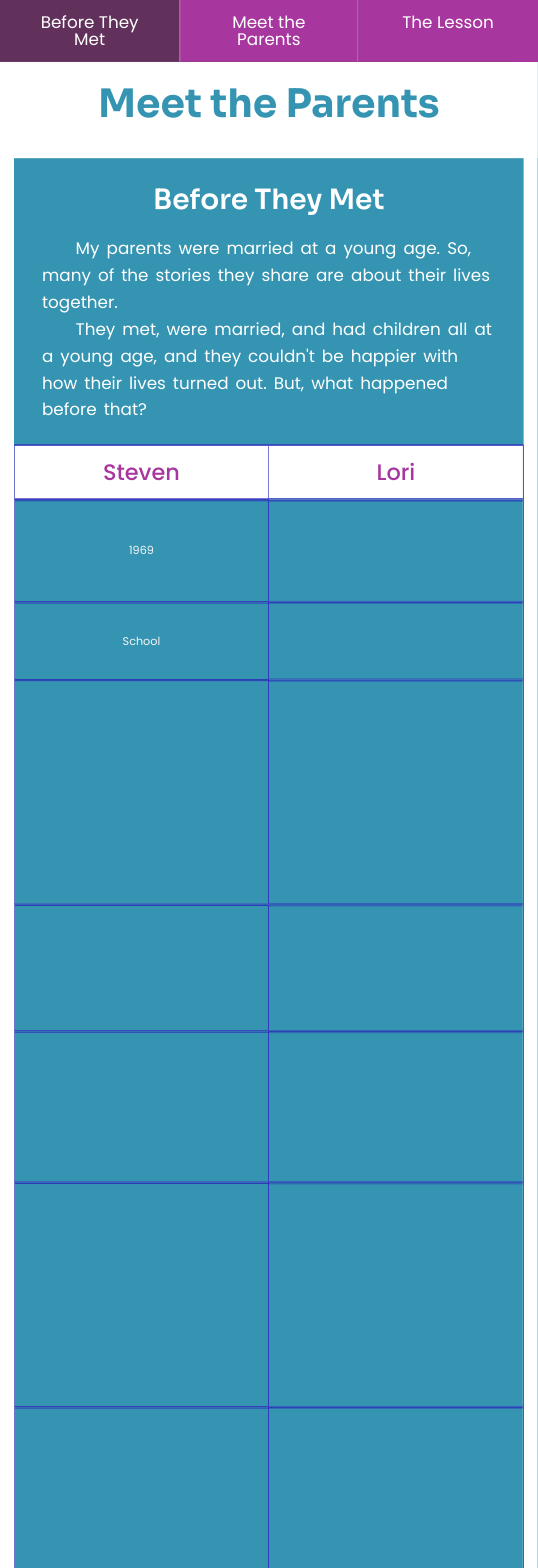
Repository: Sbethm/parents-tribute
Page: timeline.html
An editor plug-in stored every save of this project. The page is shown before and after the next save, followed by the edit.
The browser window is 768 px wide. The pictures show the part of the page from y = 0 to 2240 px (the page is 3957 px tall before and 3967 px after), at 70% of full size.

Above is the page before, as saved 2021-02-24 14:20:40.

### timeline.html
<!DOCTYPE html>
<html>
    <head>
      <meta charset="UTF-8">
      <title>Before They Met</title>
      <meta name="description" content="A choose your own story adventure game">
      <meta name="viewport" content="width=device-width, initial-scale=1.0">
      <link rel="preconnect" href="https://fonts.gstatic.com">
      <link href="https://fonts.googleapis.com/css2?family=Poppins:ital,wght@0,400;0,500;0,600;0,700;0,800;0,900;1,400;1,500;1,600;1,700;1,800;1,900&family=Sora:wght@400;500;600;700;800&display=swap" rel="stylesheet"> <!--
        This is used for headings:
        font-family: 'Sora', sans-serif;
        This is used for content:
        font-family: 'Poppins', sans-serif;-->
      <link href="style.css" type="text/css" rel="stylesheet">
    </head>

    <body>
      <header>
        <h1>Meet the Parents</h1>
        <nav class="navigation">
          <a href="timeline.html">Before They Met</a>
          <a class= "a--border" href="index.html">Meet the Parents</a>
          <a href="lesson.html">The Lesson</a>
        </nav>
      </header>
      <main>
        <h2>Before They Met</h2>
        <p class="p--first">My parents were married at a young age. So, many of the stories they share are about their lives together.</p>
        <p class="p--last">They met, were married, and had children all at a young age, and they couldn't be happier with how their lives turned out. But, what happened before that?</p>
        <div class="grid--timeline">
            <div class="grid__box--timeline dad">Steven</div>
            <div class="grid__box--timeline mom">Lori</div>
            <!---------Dad's Grid Boxes---------->
            <div class="grid__box--timeline f-1">Born in 1969. The same year that man  first stepped on the moon.</div>
            <div class="grid__box--timeline f-2">Steven attended a small Catholic school.</div>
            <div class="grid__box--timeline f-3">During recess in the 4th grade, he gashed his elbow while playing a rough-and-tumble game of football. This resulted in four stitches (for a nine year old that’s a lot of stitches!)</div>
            <div class="grid__box--timeline f-4">When he was thirteen, he camped in the backyard and stayed up all night.</div>
            <div class="grid__box--timeline f-5">He ran his first high school track meet, the 100 yard dash, and won third place. For the first track meet, that's not too shabby!</div>
            <div class="grid__box--timeline f-6">He was in a car accident, "not his fault", which lead to more stitches but this time in his forehead. Because of this, he had to sit out his senior year homecoming football game.</div>
            <div class="grid__box--timeline f-7">Having the lead role as Jesus during my high school senior year. It was the first annual Easter Passion play the school performed.</div>
            <div class="grid__box--timeline f-8">I remember a dream I had where I met a beautiful girl, at a homecoming dance, who I eventually married and we had two terrific kids who eventually married and gave me two more kids to enjoy time with.</div>
            <!---------Dad's Grid Box Covers----->
            <div class="cover__left f-1__cover">1969</div>
            <div class="cover__left  f-2__cover">School</div>
            <div class="cover__left  f-3__cover"></div>
            <div class="cover__left  f-4__cover"></div>
            <div class="cover__left  f-5__cover"></div>
            <div class="cover__left  f-6__cover"></div>
            <div class="cover__left  f-7__cover"></div>
            <div class="cover__left  f-8__cover"></div>
            <!---------Mom's Grid Boxes---------->
            <div class="grid__box--timeline m-1">Born in 1970. What happened this year? Oh, yeah! Mom was born!</div>
            <div class="grid__box--timeline m-2">Lori attended a slightly larger public school.</div>
            <div class="grid__box--timeline m-3">She cut off one of her pigtails in the bathroom. Perhaps to see if she had the makings of a hairstylist? Let's just say, this career path ended here.</div>
            <div class="grid__box--timeline m-4">She had skied half of a bunny slope when she realized this daredevil sport wasn't for her.</div>
            <div class="grid__box--timeline m-5">She performed the lead role in a junior high school play.</div>
            <div class="grid__box--timeline m-6">After a white knuckled horse ride in the Appalachians, she discovered that she was not meant to lead a life of adventure</div>
            <div class="grid__box--timeline m-7">made camps with her cousins in the Ritchie woods.</div>
            <div class="grid__box--timeline m-8">made camps with her cousins in the Ritchie woods.</div>
            <!---------Mom's Grid Box Covers----->
            <div class="cover__right m-1__cover"></div>
            <div class="cover__right m-2__cover"></div>
            <div class="cover__right m-3__cover"></div>
            <div class="cover__right m-4__cover"></div>
            <div class="cover__right m-5__cover"></div>
            <div class="cover__right m-6__cover"></div>
            <div class="cover__right m-7__cover"></div>
            <div class="cover__right m-8__cover"></div>
            <!--------After They Met Boxes------->
            <div class="grid__box--timeline fm-1">Met in ____ when Steven was 21 and Lori was 19 years old.</div>
            <div class="grid__box--timeline fm-2">At the age of 21, Lori gave birth to Sarah (me!).</div>
            <div class="grid__box--timeline fm-3">One year later (obviously not satisfied with their first child) Lori and Steven had their second child, a son named John.</div>
        </div>
        <section>
          <img class="img-hiking"src="img/hiking.jpg" alt="Mom and dad enjoying a hike.">
          <p class="p--last">They met, were married, and had children all at a young age, and they couldn't be happier with how their lives turned out. But, what happened before that?</p>
        </section>
      </main>
      <footer>
        <img class="icon" src="img/profile_icon.png" alt="profile icon">
        Sarah Moosa
        <br><br>
        <img class="icon" src="img/home_icon.png" alt="home icon">
        Meet the Parents
      </footer>
    </body>
</html>

### style.css
/*
html5doctor.com Reset Stylesheet
v1.6.1
Last Updated: 2010-09-17
Author: Richard Clark - http://richclarkdesign.com
Twitter: @rich_clark
*/

html, body, div, span, object, iframe,
h1, h2, h3, h4, h5, h6, p, blockquote, pre,
abbr, address, cite, code,
del, dfn, em, img, ins, kbd, q, samp,
small, strong, sub, sup, var,
b, i,
dl, dt, dd, ol, ul, li,
fieldset, form, label, legend,
table, caption, tbody, tfoot, thead, tr, th, td,
article, aside, canvas, details, figcaption, figure,
footer, header, hgroup, menu, nav, section, summary,
time, mark, audio, video {
    margin:0;
    padding:0;
    border:0;
    outline:0;
    font-size:100%;
    vertical-align:baseline;
    background:transparent;
}

body {
    line-height:1;
}

article,aside,details,figcaption,figure,
footer,header,hgroup,menu,nav,section {
    display:block;
}

nav ul {
    list-style:none;
}

blockquote, q {
    quotes:none;
}

blockquote:before, blockquote:after,
q:before, q:after {
    content:'';
    content:none;
}

a {
    margin:0;
    padding:0;
    font-size:100%;
    vertical-align:baseline;
    background:transparent;
}

/* change colours to suit your needs */
ins {
    background-color:#ff9;
    color:#000;
    text-decoration:none;
}

/* change colours to suit your needs */
mark {
    background-color:#ff9;
    color:#000;
    font-style:italic;
    font-weight:bold;
}

del {
    text-decoration: line-through;
}

abbr[title], dfn[title] {
    border-bottom:1px dotted;
    cursor:help;
}

table {
    border-collapse:collapse;
    border-spacing:0;
}

/* change border colour to suit your needs */
hr {
    display:block;
    height:1px;
    border:0;
    border-top:1px solid #cccccc;
    margin:1em 0;
    padding:0;
}

input, select {
    vertical-align:middle;
}

/* MY CODE BELOW */

body {
    width: 100vw;
    position: absolute;
}

main {
    width: calc(100vw - 40px);
    height: 100%;
    margin: 20px 20px;
    background-color: rgb(53, 148, 177);
}

header {
    width: 100vw;
    padding-top: 40px;
    display: flex;
    flex-direction: column;
    background-color: rgb(255, 255, 255);
}

h1 {
    width: 100%;
    font-family: 'Sora', sans-serif;
    color: rgb(53, 148, 177);
    font-size: 3em;
    font-weight: 700;
    text-align: center;
    padding-bottom: 30px;
}

.navigation {
    max-width: 100vw;
    background-color: rgb(126, 66, 121);
    text-align: center;
    display: grid;
    grid-template-columns: repeat(3, 1fr);
    grid-template-areas:
      " time meet lesson";
}

.time {
    grid-area: time;
}

.meet {
    grid-area: meet;
}

.lesson {
    grid-area: lesson;
}

a {
    padding: 20px 7px;
    background-color: rgb(168, 54, 159);
    font-family: 'Poppins', sans-serif;
    font-size: 1em;
    font-weight: 400;
    color: rgb(255, 255, 255);
    text-decoration: none;
}

.a--border {
    border-left: solid 2px rgb(182, 97, 173);
    border-right: solid 2px rgb(182, 97, 173);
}

a:hover {
    background-color: rgb(97, 49, 92);
}

section {
    width: 100%;
}

h2 {
    max-width: 100%;
    padding: 20px 20px 10px 20px;
    font-family: 'Sora', sans-serif;
    font-size: 1.5em;
    font-weight: 600;
    text-align: center;
    color: rgb(255, 255, 255);
}


.img-sitting,
.img-hiking,
.disney-adventure__img {
    max-width: 100%;
    height: auto;
    justify-content: center;
    align-content: center;
}

.p--first,
.p--inner,
.p--last {
    font-family: 'Poppins', sans-serif;
    font-size: 1em;
    text-indent: 2em;
    line-height: 1.5em;
    word-spacing: 0.1em;
    color: rgb(255, 255, 255);
}

.p--first {
    padding: 10px 20px 0px 20px;
}

.p--inner {
    padding: 0px 20px 0px 20px;
}

.p--last {
    padding: 0px 20px 10px 20px;
}

footer {
    width: calc(100vw - 42px);
    height: 100px;
    padding: 40px 20px 0 20px;
    position: relative;
    bottom: 0;
    font-family: 'Poppins', sans-serif;
    font-size: 1em;
    font-weight: 500;
    border: solid 1px rgb(182, 97, 173);
}

.icon {
    width: 20px;
    height: auto;
}
/*MEET THE PARENTS CODE PHONE*/

.img-sitting {
    margin: 10px 0;
}

/*TIMELINE CODE PHONE*/

.grid--timeline {
    display: grid;
    margin: 10px 0;
    border: solid 1px rgb(40, 23, 187);
    grid-template-columns: 1fr 1fr;
    grid-template-rows: repeat(13, fit-content);
    grid-template-areas:
        "tl tl"
        "dad mom"
        "f-1 m-1"
        "f-2 m-2"
        "f-3 m-3"
        "f-4 m-4"
        "f-5 m-5"
        "f-6 m-6"
        "f-7 m-7"
        "f-8 m-8"
        "fm-1 fm-1"
        "fm-2 fm-2"
        "fm-3 fm-3";
}

.grid__box--timeline {
    background-color: rgb(255, 255, 255);
    padding: 10px 7px;
    color: rgb(168, 54, 159);
    text-align: center;
    font-family: 'Poppins', sans-serif;
    font-weight: 500;
    font-size: 1em;
}

.dad {
    grid-area: dad;
    border-top: solid 1px rgb(40, 23, 187);
    border-bottom: solid 1px rgb(40, 23, 187);
    border-right: solid 1px rgb(40, 23, 187);
}

.mom {
    grid-area: mom;
    border-top: solid 1px rgb(40, 23, 187);
    border-bottom: solid 1px rgb(40, 23, 187);
}

.f-1 {
    grid-area: f-1;
    border-bottom: solid 1px rgb(40, 23, 187);
    border-right: solid 1px rgb(40, 23, 187);
}

.f-2 {
    grid-area: f-2;
    border-bottom: solid 1px rgb(40, 23, 187);
    border-right: solid 1px rgb(40, 23, 187);
}

.f-3 {
    grid-area: f-3;
    border-bottom: solid 1px rgb(40, 23, 187);
    border-right: solid 1px rgb(40, 23, 187);
}

.f-4 {
    grid-area: f-4;
    border-bottom: solid 1px rgb(40, 23, 187);
    border-right: solid 1px rgb(40, 23, 187);
}

.f-5 {
    grid-area: f-5;
    border-bottom: solid 1px rgb(40, 23, 187);
    border-right: solid 1px rgb(40, 23, 187);
}

.f-6 {
    grid-area: f-6;
    border-bottom: solid 1px rgb(40, 23, 187);
    border-right: solid 1px rgb(40, 23, 187);
}

.f-7 {
    grid-area: f-7;
    border-bottom: solid 1px rgb(40, 23, 187);
    border-right: solid 1px rgb(40, 23, 187);
}

.f-8 {
    grid-area: f-8;
    border-bottom: solid 1px rgb(40, 23, 187);
    border-right: solid 1px rgb(40, 23, 187);
}


.cover__left {
    z-index: 2;
    color:rgb(245, 245, 245);
    font-family: 'Poppins', sans-serif;
    text-align: center;
    font-size: 1em;
    background-color: rgb(53, 148, 177);
    border-top: double 3px rgb(40, 23, 187);
    border-right: solid 1px rgb(40, 23, 187);
    display: flex;
    justify-content: center;
    align-items: center;
}

.cover__right {
    z-index: 2;
    color:rgb(245, 245, 245);
    font-family: 'Poppins', sans-serif;
    text-align: center;
    font-size: 2em;
    background-color: rgb(53, 148, 177);
    border-top: double 3px rgb(40, 23, 187);

    display: flex;
    justify-content: center;
    align-items: center;

}

.cover__left:hover,
.cover__right:hover {
    color: rgb(245, 245, 245, 0);
    animation-name: fade;
    animation-duration: 1s;
    animation-fill-mode: forwards;
}

@keyframes fade {
    0% {
        background-color: rgb(53, 148, 177);
    }
    100% {
        background-color: rgb(65, 175, 209, 0);
    }
}

.f-1__cover {
    grid-area: f-1;
}

.f-2__cover {
    grid-area: f-2;
}

.f-3__cover {
    grid-area: f-3;
}

.f-4__cover {
    grid-area: f-4;
}

.f-5__cover {
    grid-area: f-5;
}

.f-6__cover {
    grid-area: f-6;
}

.f-7__cover {
    grid-area: f-7;
}

.f-8__cover {
    grid-area: f-8;
}

.m-1__cover {
    grid-area: m-1;
}

.m-2__cover {
    grid-area: m-2;
}

.m-3__cover {
    grid-area: m-3;
}

.m-4__cover {
    grid-area: m-4;
}

.m-5__cover {
    grid-area: m-5;
}

.m-6__cover {
    grid-area: m-6;
}

.m-7__cover {
    grid-area: m-7;
}

.m-8__cover {
    grid-area: m-8;
}

.m-1 {
    grid-area: m-1;
    border-bottom: solid 1px rgb(40, 23, 187);
}

.m-2 {
    grid-area: m-2;
    border-bottom: solid 1px rgb(40, 23, 187);
}

.m-3 {
    grid-area: m-3;
    border-bottom: solid 1px rgb(40, 23, 187);
}

.m-4 {
    grid-area: m-4;
    border-bottom: solid 1px rgb(40, 23, 187);
}

.m-5 {
    grid-area: m-5;
    border-bottom: solid 1px rgb(40, 23, 187);
}

.m-6 {
    grid-area: m-6;
    border-bottom: solid 1px rgb(40, 23, 187);
}

.m-7 {
    grid-area: m-7;
    border-bottom: solid 1px rgb(40, 23, 187);
}

.m-8 {
    grid-area: m-8;
    border-bottom: solid 1px rgb(40, 23, 187);
}

.fm-1 {
    grid-area: fm-1;
    border-bottom: solid 1px rgb(40, 23, 187);
}

.fm-2 {
    grid-area: fm-2;
    border-bottom: solid 1px rgb(40, 23, 187);
}

.fm-3 {
    grid-area: fm-3;
    border-bottom: solid 1px rgb(40, 23, 187);
}

.img-hiking {
    margin-bottom: 10px;
}

/*LESSON LEARNED CODE PHONE*/

.disney-adventure__img {
    margin: 20px 0;
}


/*iPAD*/ @media screen and (min-width: 700px) and (max-width: 899px) {

    header {

        flex-direction: column-reverse;
    }

    h1 {
        font-size: 3.5em;
        padding-top: 80px;
        padding-bottom: 50px;
    }

    main {
        padding: 20px 0;
        margin: 0 20px;
        width: calc(100vw - 40px);
        background-color: rgb(53, 148, 177);
        border-top: none;
    }

    .navigation {
        position: fixed;
        top: 0;
    }

    a {
        padding: 20px 40px;
        font-size: 1.5em;
    }

    .a--border {
        padding: 20px 60px;
    }

    h2 {
        font-size: 2.5em;

    }

    .p--first,
    .p--inner,
    .p--last {
        font-size: 1.5em;
        text-indent: 2em;
        line-height: 1.6em;
        word-spacing: 0.15em;
    }

    .p--first {
        padding: 20px 40px 0px 40px;
    }

    .p--inner {
        padding: 0px 40px 0px 40px;
    }

    .p--last {
        padding: 0px 40px 20px 40px;
    }

    section {
        background-color: rgb(40, 23, 187, 0);
        border: none;
    }

    .grid--section {
        max-width: calc(100vw - 40px);
        display: grid;
        grid-template-columns: 50% 50%;
        grid-template-rows: 100px 200px 200px;
        grid-template-areas:
            "title title"
            "picture p1"
            "picture p2";
    }

    section h2 {
        grid-area: title;
        align-self: center;
        justify-self: center;
    }

    .img-sitting {
        max-height: 360px;
        margin-bottom: 20px;
        border: solid 1px rgb(40, 23, 187);
        border-left: none;
        grid-area: picture;
        justify-self: center;
        align-self: center;
    }

    .p1 {
        align-self: flex-start;
        grid-area: p1;
        padding-left: 40px;
        padding-right: 20px;
    }

    .p2 {
        align-self: flex-end;
        grid-area: p2;
        padding: 0 20px 30px 40px;
    }

    footer {
        width: calc(100vw - 42px);
        height: 200px;
        font-size: 1em;
        font-weight: 500;
    }

    .icon {
        width: 40px;
        height: auto;
    }

/*TIMELINE CODE iPAD*/

    .grid__box--timeline{
        padding: 20px;
        font-size: 1.5em;
        line-height: 35px;
    }

    .title {
        font-size: 2.5em;
        color: rgb(255, 255, 255);
        background-color: rgb(53, 148, 177);
    }

    .dad,
    .mom {
        font-size: 2em;
    }

    .img-hiking {
        border: solid 1px rgb(40, 23, 187);
    }



/*LESSON LEARNED CODE iPAD*/

}

/*COMPUTER*/@media screen and (min-width: 900px) and (max-width: 2000px) {

    header {
        padding-top: 80px;
    }

    h1 {
        font-size: 4em;
        padding-bottom: 70px;
    }

    main {
        max-width: calc(100vw - 160px);
        padding-top: 20px;
        margin: 0 80px;
        border-top: none;
    }

    nav {
        max-width: calc(100vw - 160px);
        margin: 0 80px;
        background-color: rgb(126, 66, 121);
        text-align: center;
        display: grid;
        grid-template-columns: repeat(3, 3px);
        grid-template-areas:
          " time meet lesson";
    }

    a {
        font-size: 1.25em;
    }

    h2 {
        font-size: 2em;
        padding: 20px;
    }

    .p--first,
    .p--inner,
    .p--last {
        font-size: 1.25em;
        text-indent: 2em;
        line-height: 1.5em;
        word-spacing: 0.1em;
    }

    .p--first {
        padding: 20px 60px 0px 60px;
    }

    .p--inner {
        padding: 0px 60px 0px 60px;
    }

    .p--last {
        padding: 0px 60px 20px 60px;
    }

    .grid--section {
        display: grid;
        padding-bottom: 40px;
        grid-template-columns: auto;
        grid-template-rows: 150px 420px 150px 150px;
        grid-template-areas:
            "title"
            "picture"
            "p1"
            "p2";
    }

    section h2 {
        align-self: center;
        justify-self: center;
    }

    .img-sitting {
        max-height: 400px;
        margin-bottom: 0px;
        border: double 3px rgb(255, 255, 255);
        justify-self: center;
        align-self: center;
    }

    .p1 {
        align-self: center;
        grid-area: p1;
        padding: 20px 40px;
    }

    .p2 {
        align-self: center;
        grid-area: p2;
        padding: 20px 40px;
    }

    footer {
        margin: 0 80px;
        max-width: calc(100vw - 162px);
        height: 200px;
        font-size: 1em;
        font-weight: 500;
    }

    .icon {
        width: 25px;
        height: auto;
    }

/*TIMELINE CODE COMPUTER*/

    .img-hiking {
    max-height: 400px;
    width: auto;
    border: double 3px rgb(255, 255, 255);
    display: block;
    margin: 50px auto ;
    }

    .grid__box--timeline{
        z-index: 1;
        padding: 20px;
        font-size: 1.5em;
        text-indent: 2em;
        line-height: 1.8em;
        word-spacing: 0.15em;
    }

    .grid--timeline {
        display: grid;
        margin: 0 auto;
        max-width: 1000px;
        box-shadow: 10px 10px 31px 0px rgba(0,0,0,0.75);
        -webkit-box-shadow: 10px 10px 31px 0px rgba(0,0,0,0.75);
        -moz-box-shadow: 10px 10px 31px 0px rgba(0,0,0,0.75);
        grid-template-columns: 1fr 1fr;
        grid-template-rows: repeat(13, fit-content);
        grid-template-areas:
            "tl tl"
            "dad mom"
            "f-1 m-1"
            "f-2 m-2"
            "f-3 m-3"
            "f-4 m-4"
            "f-5 m-5"
            "f-6 m-6"
            "f-7 m-7"
            "f-8 m-8"
            "fm-1 fm-1"
            "fm-2 fm-2"
            "fm-3 fm-3";
    }

    .grid__box--timeline {
    font-weight: 400;
    }

    .dad,
    .mom {
        font-size: 2em;
        font-weight: 500;
    }

    .cover__left {
        z-index: 2;
        color:rgb(245, 245, 245);
        font-family: 'Poppins', sans-serif;
        text-align: center;
        font-size: 2em;
        background-color: rgb(53, 148, 177);
        border-top: double 3px rgb(40, 23, 187);
        border-right: solid 1px rgb(40, 23, 187);
        display: flex;
        justify-content: center;
        align-items: center;
    }

    .cover__right {
        z-index: 2;
        color:rgb(245, 245, 245);
        font-family: 'Poppins', sans-serif;
        text-align: center;
        font-size: 2em;
        background-color: rgb(53, 148, 177);
        border-top: double 3px rgb(40, 23, 187);

        display: flex;
        justify-content: center;
        align-items: center;

    }


    .m-1 {
        border-left: solid 1px rgb(40, 23, 187);
    }

    .m-2 {
        border-left: solid 1px rgb(40, 23, 187);
    }

    .m-3 {
        border-left: solid 1px rgb(40, 23, 187);
    }

    .m-4 {
        border-left: solid 1px rgb(40, 23, 187);
    }

    .m-5 {
        border-left: solid 1px rgb(40, 23, 187);
    }

    .m-6 {
        border-left: solid 1px rgb(40, 23, 187);
    }

    .m-7 {
        border-left: solid 1px rgb(40, 23, 187);
    }

    .m-8 {
        border-left: solid 1px rgb(40, 23, 187);
    }


    /*LESSON LEARNED CODE iPAD*/

    }

After the next save:
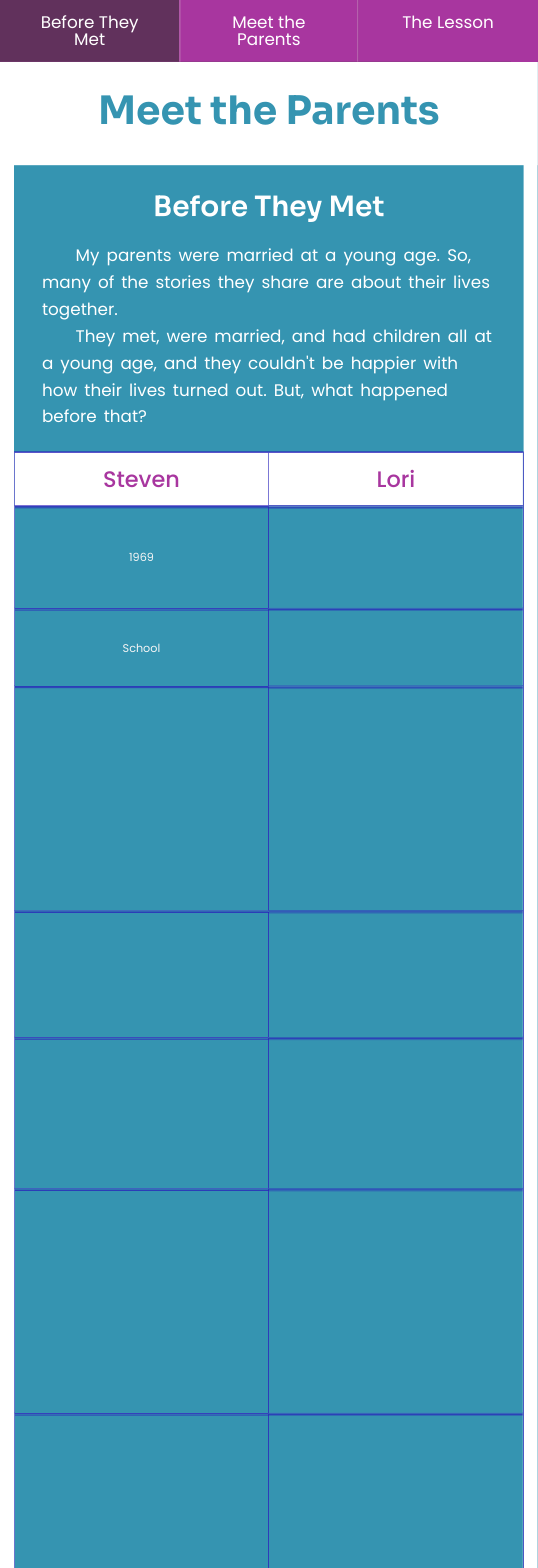
Saved 10 s later.
--- a/style.css
+++ b/style.css
@@ -524,7 +524,7 @@ footer {
 
     h1 {
         font-size: 3.5em;
-        padding-top: 80px;
+        padding-top: 90px;
         padding-bottom: 50px;
     }
 
